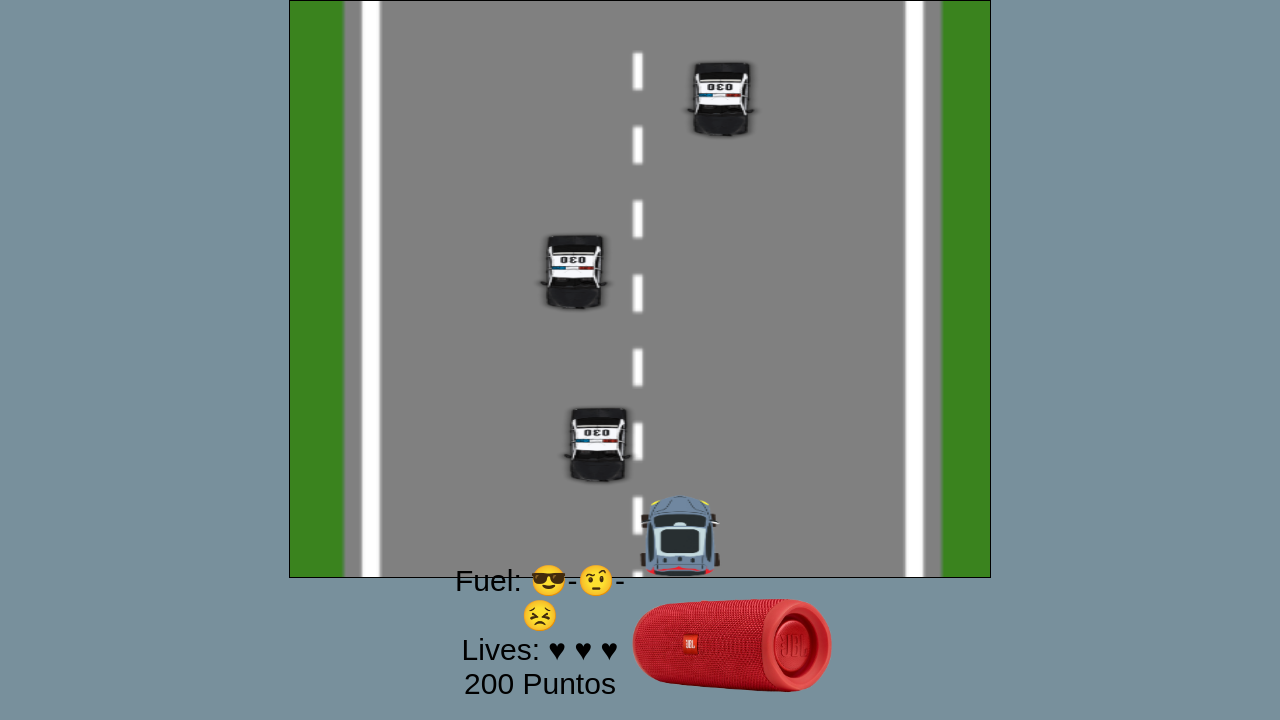
Repository: ChristianGecchelin/ironCarGame
Page: canvas.html
An editor plug-in stored every save of this project. The page is shown before and after the next save, followed by the edit.
The browser window is 1280 px wide. The pictures show the whole page.

Above is the page before, as saved 2022-06-15 16:03:47.

### canvas.html
<!DOCTYPE html>
<html lang="en">
  <head>
    <meta charset="UTF-8" />
    <meta http-equiv="X-UA-Compatible" content="IE=edge" />
    <meta name="viewport" content="width=device-width, initial-scale=1.0" />
    <title>Canvas</title>
    <link rel="stylesheet" href="./styles/style.css" />
  </head>
  <body>
    <div class="flex">
      <canvas id="canvas" height="700" width="500"> </canvas>
      <div class="info-container">
        <div class="info"></div>
      </div>
    </div>
    <script src="./src/sonidos.js"></script>
    <script src="./src/coche.js"></script>
    <script src="./src/info.js"></script>
    <script src="./src/index.js"></script>
  </body>
</html>

### styles/style.css
* {
  padding: 0;
  margin: 0;
  text-align: center;
  font-family: sans-serif;
}
body {
  background-color: #78909c;
}
.game-intro {
  display: flex;
  flex-direction: column;
  justify-content: center;
  align-items: center;
  padding: 0% 10%;
  height: 100vh;
}
.flex {
  display: flex;
  flex-direction: column;
  justify-content: center;
  align-items: center;
}
canvas {
  height: 80vh;
  width: 700px;
  background-image: url("../images/road.png");
  background-size: cover;
  background-repeat: no-repeat;
}
.info {
  display: flex;
  flex-direction: column;
  align-items: center;
  justify-content: center;
  height: 15vh;
  width: 700px;
}
.information {
  width: 100%;
  font-size: 30px;
  margin: 0;
}

.game-intro p {
  font-size: 18px;
  font-family: "Verdana";
}

.logo-img {
  width: 350px;
}

.arrows-img {
  width: 150px;
}

body button {
  font-size: 30px;
  background-color: #c42830;
  color: #fff;
  padding: 20px 40px;
  border: 0;
  box-shadow: 0;
  border-radius: 5px;
  cursor: pointer;
  margin-bottom: 20px;
}

.button {
  font-size: 30px;
  background-color: #870007;
  color: #fff;
  padding: 20px 40px;
  border: 0;
  box-shadow: 0;
  border-radius: 5px;
  cursor: pointer;
  margin-bottom: 20px;
}

#game-board {
  float: left;
  padding: 20px 0px;
  display: flex;
  flex-direction: column;
  justify-content: center;
}

#endScreen {
  font-family: Verdana, Geneva, Tahoma, sans-serif;
  width: 500px;
  background-color: white;
  border: 1px solid black;
}

#canvas {
  border: 1px solid black;
}

#endScreen {
  position: absolute;
}

.redText {
  color: red;
  font-weight: bolder;
}
#placeHolderImg {
  width: 500px;
  height: 700px;
  position: absolute;
  display: none;
  background-image: url("./../images/road2.png");
  background-repeat: no-repeat;
  background-size: 500px 700px;
}
.info-container {
  display: flex;
  flex-direction: row;
  width: 30%;
}
.divInstructions {
  margin: 0 auto;
  width: 50%;
  border: 1px solid black;
  margin-bottom: 20px;
  padding: 20px 20px;
}
.altavoz {
  background-color: rgba(0, 0, 0, 0);
  margin-top: 50px;
  padding: 0;
  width: 200px;
}
.altavoz img {
  width: 200px;
  height: 80px;
  margin: 0;
}
.musica {
  background-color: rgba(0, 0, 0, 0);
  cursor: pointer;
  padding: 0;
  width: 200px;
}

/* Class preventing pointer events while moving the car */
.noPointers {
  pointer-events: none;
  -webkit-user-select: none;
  -moz-user-select: none;
  -ms-user-select: none;
  user-select: none;
}

### src/sonidos.js
const musica = new Audio("./audios/menu.mp3");
let mainSound = new Audio("./audios/carrera.mp3");
let musicaPrincipal = document.querySelector(".musica");
console.log(musicaPrincipal);
const inicioCarrera = () => {
  mainSound.volume = 0.6;
  mainSound.duration = 30;
  mainSound.loop = true;
  mainSound.play();
};
const reproducirMusica = () => {
  debugger;
  musica.currentTime = 0;
  musica.volume = 0.5;
  musica.loop = true;
  musica.play();
};
detenerSonido = () => {
  mainSound.paused();
};

### src/coche.js
class Objeto {
  constructor(x, y, ancho, alto, imagen, ctx) {
    this.x = x;
    this.y = y;
    this.ancho = ancho;
    this.alto = alto;
    this.imagen = imagen;
    this.ctx = ctx;
    this.step = 7;
    this.points = 0;
    this.lives = 3;
  }

  dibujar() {
    ctx.drawImage(this.imagen, this.x, this.y, this.ancho, this.alto);
  }

  borrar() {
    ctx.clearRect(this.x, this.y, this.ancho, this.alto);
  }
  detectarColision(objeto) {
    if (
      this.x < objeto.x + objeto.ancho &&
      this.x + this.ancho > objeto.x &&
      this.y < objeto.y + objeto.alto &&
      this.alto + this.y > objeto.y
    ) {
      const enemyIndex = enemies.indexOf(objeto);
      enemies.splice(enemyIndex, 1);
      objeto.borrar();

      if (this.lives > 1) {
        this.lives--;
        if (this.lives === 3) {
          lives.innerText = `Lives: ♥ ♥ ♥`;
        } else if (this.lives === 2) {
          lives.innerText = `Lives: ♥ ♥`;
        } else {
          lives.innerText = `Lives: ♥`;
        }
      } else {
        detenerSonido = () => {
          mainSound.paused();
        };
        alert("CuloRoto");
      }
    } else if (objeto.y > 600) {
      const enemyIndex = enemies.indexOf(objeto);
      enemies.splice(enemyIndex, 1);
      objeto.borrar();
    }
  }
}

/* class Player extends Objeto {
  constructor(x, y, ancho, alto, imagen, ctx, lives, fuel) {
    super(x, y, ancho, alto, imagen, ctx);
    this.step = Objeto.step + 2;
    this.lives = lives;
    this.fuel = fuel;
  }
  dibujar() {
    ctx.globalCompositeOperation = "source-over";
    ctx.drawImage(this.imagen, this.x, this.y, this.ancho, this.alto);
  }
} */
/* class BossEnemy {
  constructor(x, y, ancho, alto, imagen, ctx) {
    super(x, y, ancho, alto, imagen, ctx);
  }
  movimiento() {
    this.borrar();
    this.x = this.x - this.step;
    this.dibujar();
    this.borrar();
    this.x = this.x + this.step;
    this.dibujar();
  }
} */

### src/info.js
let points = 0;
let info = document.querySelector(".info");
let infoContainer = document.querySelector(".info-container");
let fuel = document.createElement("p");
fuel.setAttribute("class", "information");
info.appendChild(fuel);
let lives = document.createElement("p");
lives.setAttribute("class", "information");
info.appendChild(lives);
let puntuacion = document.createElement("p");
puntuacion.setAttribute("class", "information");
info.appendChild(puntuacion);
fuel.innerText = "Fuel: 😎-🤨-😣";
lives.innerText = `Lives: ♥ ♥ ♥`;
puntuacion.innerText = `${points} Puntos`;
let mu = document.createElement("img");
mu.setAttribute("class", "musica");
mu.setAttribute("src", "./images/altavoz.png");
infoContainer.appendChild(mu);

### src/index.js
const canvas = document.querySelector("#canvas");
const ctx = canvas.getContext("2d");
let enemies = [];

let cochePlayer = new Image();
cochePlayer.src = "./images/car.png";

const player = new Objeto(250, 600, 60, 100, cochePlayer, ctx);

let enemyImage = new Image();
enemyImage.src = "./images/car2.png";

const jugar = () => {
  for (let enemy of enemies) {
    enemy.borrar();
    enemy.y += enemy.step;
    enemy.dibujar();
    player.detectarColision(enemy);
  }
};

const createEnemies = () => {
  const enemy = new Objeto(
    Math.floor(Math.random() * (400 - 50) + 50),
    0,
    60,
    100,
    enemyImage,
    ctx
  );
  enemies.push(enemy);
  console.log(enemies);
};

const sumarPuntos = () => {
  player.points += 100;
  puntuacion.innerText = `${player.points} Puntos`;
};

const cargaInicial = () => {
  player.dibujar();
  setInterval(jugar, 50);
  setInterval(createEnemies, 1500);
  setInterval(sumarPuntos, 2000);
};

const moverPlayer = (e) => {
  player.borrar();
  if (e.key === "ArrowLeft" && player.x > 50) {
    player.x -= player.step;
  }
  if (e.key === "ArrowRight" && player.x < 400) {
    player.x += player.step;
  }
  if (e.key === "ArrowUp" && player.y > 0) {
    player.y -= player.step;
  }
  if (e.key === "ArrowDown" && player.y < 600) {
    player.y += player.step;
  }
  player.dibujar();
};

window.addEventListener("load", cargaInicial);
document.addEventListener("keydown", moverPlayer);

After the next save:
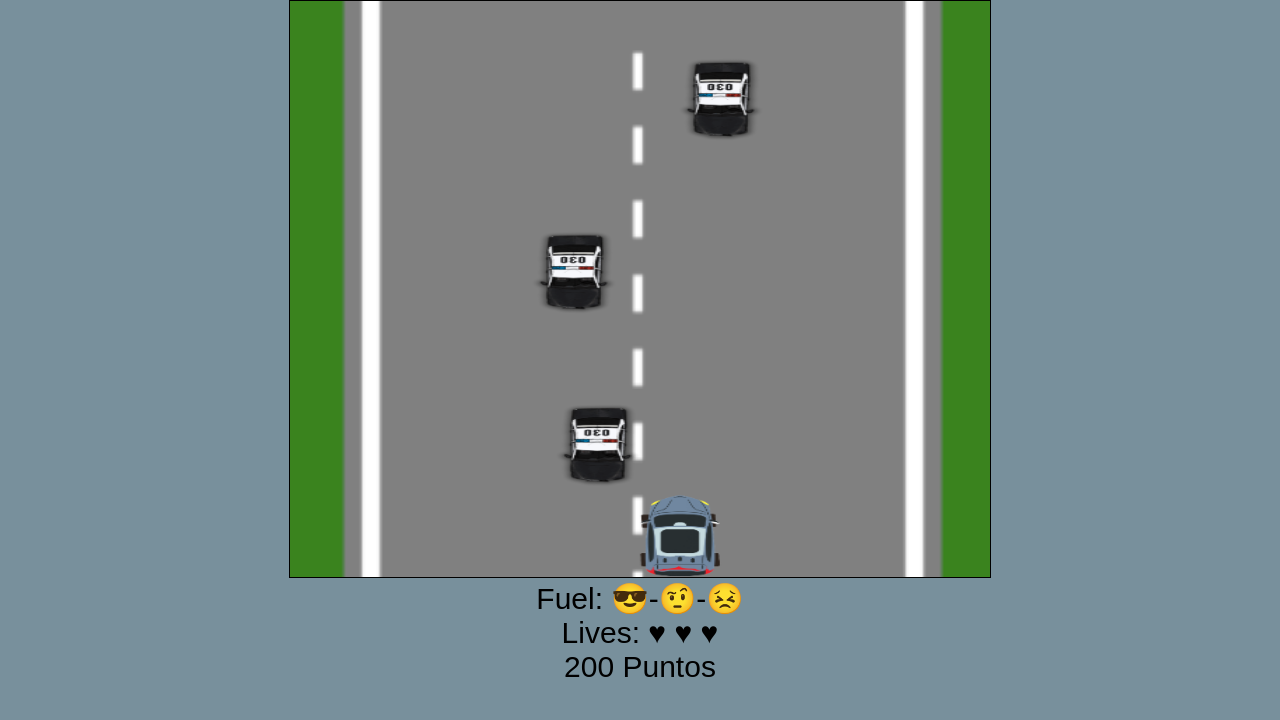
Saved 11 s later.
--- a/src/info.js
+++ b/src/info.js
@@ -13,7 +13,7 @@
 fuel.innerText = "Fuel: 😎-🤨-😣";
 lives.innerText = `Lives: ♥ ♥ ♥`;
 puntuacion.innerText = `${points} Puntos`;
-let mu = document.createElement("img");
+/* let mu = document.createElement("img");
 mu.setAttribute("class", "musica");
 mu.setAttribute("src", "./images/altavoz.png");
-infoContainer.appendChild(mu);
+infoContainer.appendChild(mu); */
